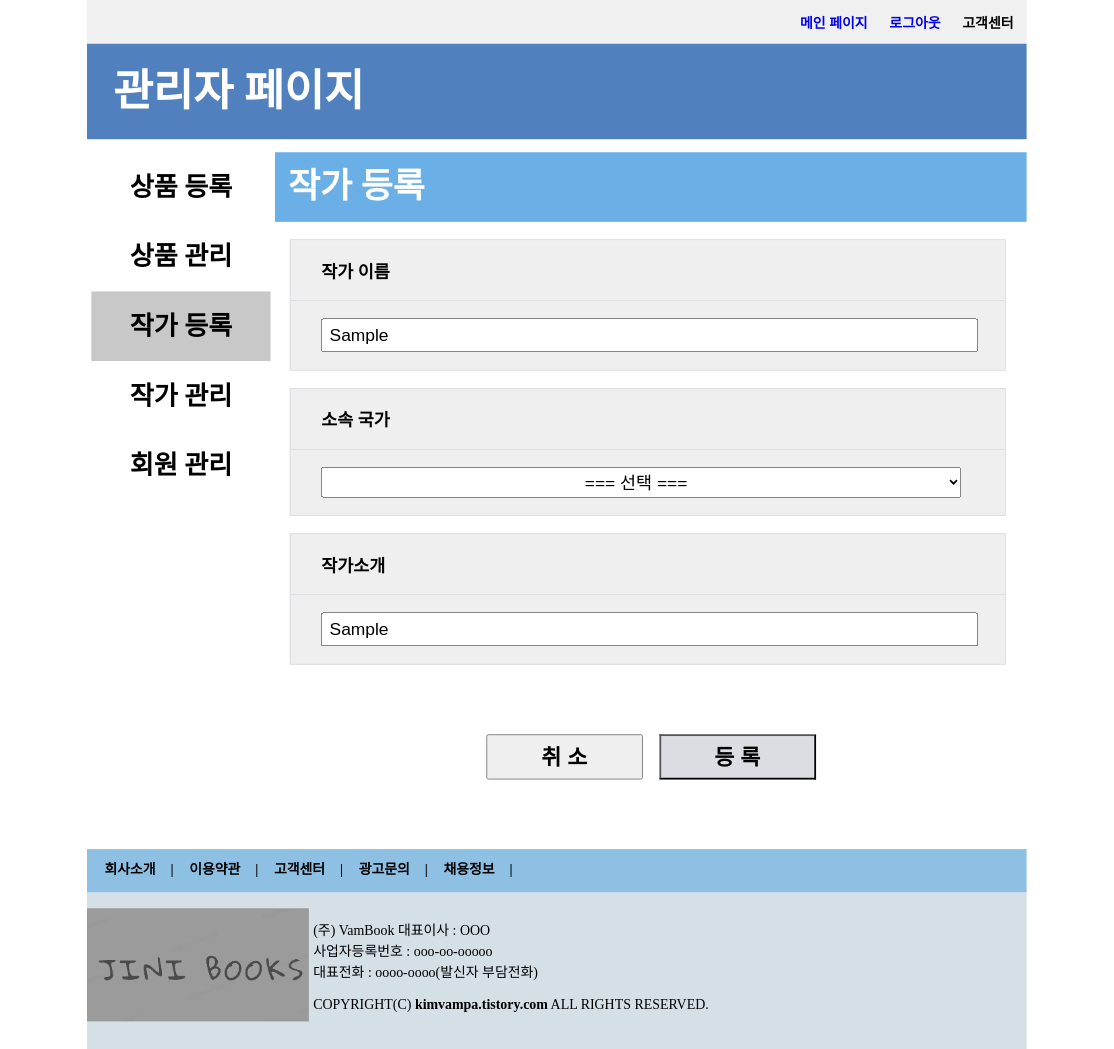
Repository: leechanjin7/ShoppingMall
Page: http://localhost/ShoppingMall/WEB-INF/views/admin/authorEnroll.jsp
The author's editor kept a copy of each file at every save. The page is drawn from the files as they stood at one save, then again after the next save.
The browser window is 1280 px wide. The pictures show the whole page, at 87% of full size.
Empty fields were first filled with sample values (such as "Sample", 5 or name@example.com).
After loading, the first visible `#enrollBtn` was clicked once.
The page is served by Tomcat 9. Nobody is signed in. The template is opened directly, without the code that normally fills it, so the values that code supplies are empty.

Above is the page before, as saved 2023-09-08 01:28:12.

After the next save:
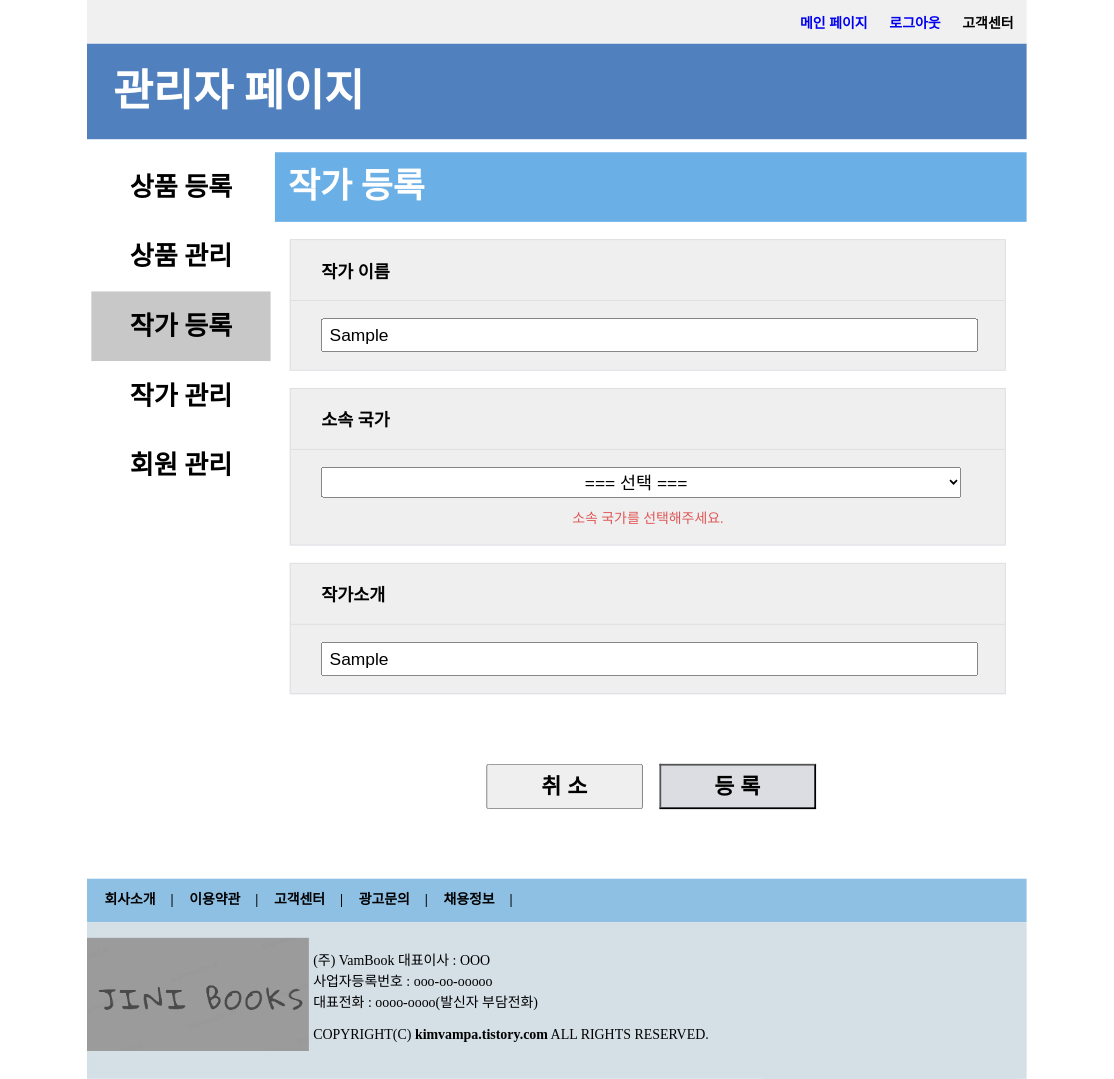
Saved 45 s later.
--- a/workspace/ShoppingMall/src/main/webapp/WEB-INF/views/admin/authorEnroll.jsp
+++ b/workspace/ShoppingMall/src/main/webapp/WEB-INF/views/admin/authorEnroll.jsp
@@ -154,7 +154,7 @@
 
 		//공란 경고 span 태그
 		let wAuthorName = $('#warn_authorName');
-		let wNationId = $('#warn_NationId');
+		let wNationId = $('#warn_nationId');
 		let wAuthorIntro = $('#warn_authorIntro');
 
 	    /* 작가 이름 공란 체크 */
